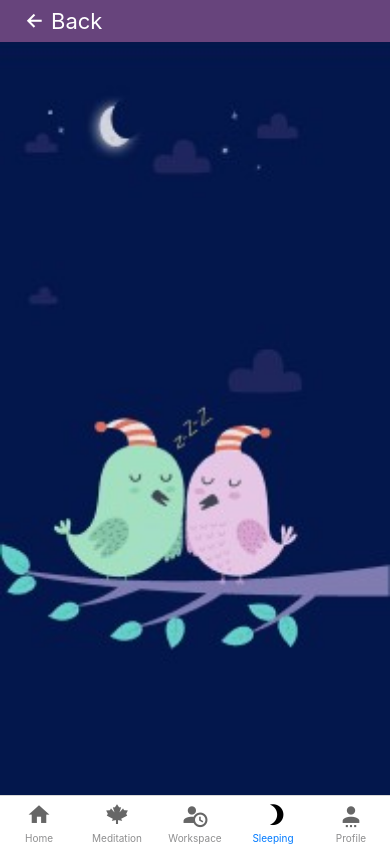
Repository: huynhthu1704/LTDD3_Nhom1_SimpleApp
Screen: /Sleeping
The author's editor kept a copy of each file at every save. The screen is drawn from the files as they stood at one save, then again after the next save.
The app was drawn by React Native's web renderer in a window 390 px wide. The project was rebuilt for these pictures with package versions that can differ from the ones it lists, and the page was loaded fresh each time. Some packages were replaced by stand-ins written for this rebuild. Also part of the build but not shown: app/screens/MeditationScreen.js, app/screens/LaunchScreen.js, app/screens/WorkspaceScreen.js, app/screens/ProfileScreen.js, app/components/NavBar.js.

Above is the screen before, as saved 2022-04-29 05:17:36.

After the next save:
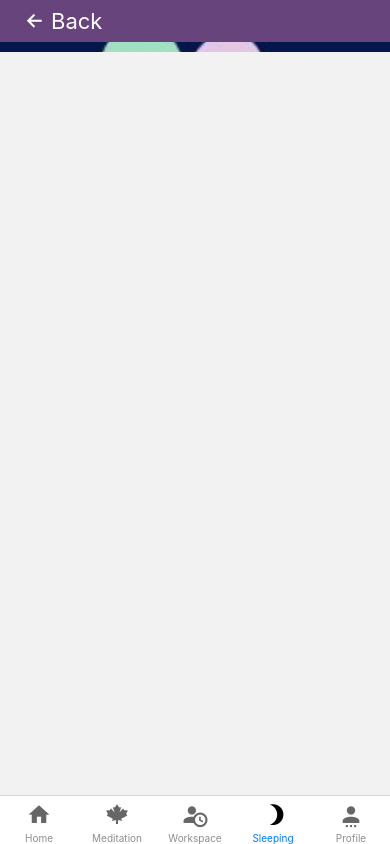
Saved 2 min 29 s later.
--- a/app/screens/Sleeping.js
+++ b/app/screens/Sleeping.js
@@ -9,7 +9,7 @@ export default function Sleeping() {
   return (
     <View>
     <HeaderBar bgColor = {COLORS.purple} color = {COLORS.white}/>
-    <Image style = {{height: SIZES.height, width : SIZES.width}} source = {images.sleepingOnBoardingImg}/>
+    <Image style = {{height: 10, width : SIZES.width}} source = {images.sleepingOnBoardingImg}/>
 
     </View>
   );
